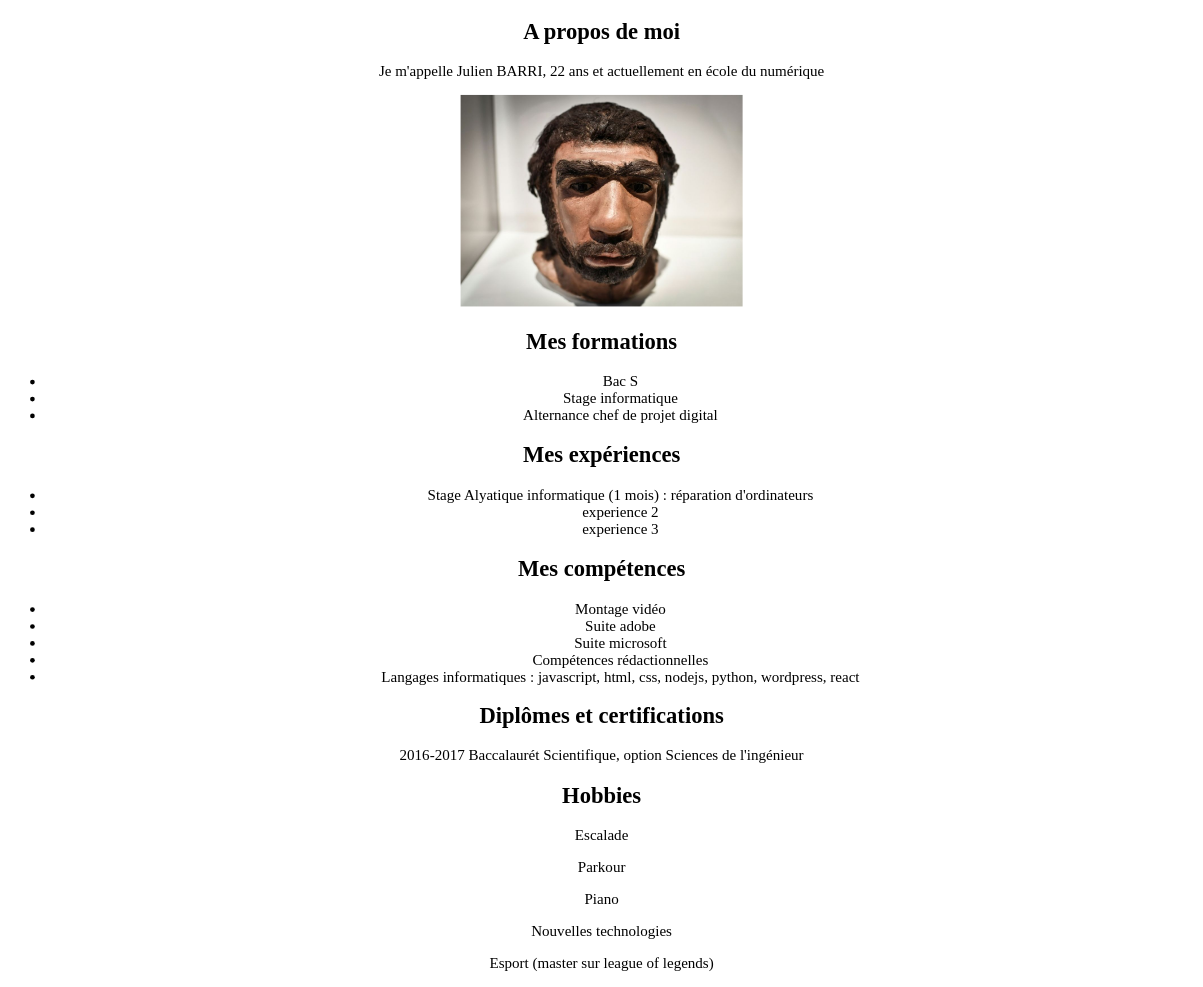
Repository: barridev/cours_devops.github.io
Page: index.html
These files come from the project's save history. The page is drawn as it stood at one moment and after the next save; the edit follows.
The browser window is 1280 px wide. The pictures show the whole page, at 94% of full size.

Above is the page before, as saved 2022-06-13 15:29:25.

### index.html
<!DOCTYPE html>
<html lang="en">

<head>
    <meta charset="UTF-8">
    <meta http-equiv="X-UA-Compatible" content="IE=edge">
    <meta name="viewport" content="width=device-width, initial-scale=1.0">
    <title>Document</title>
    <link rel="stylesheet" href="style.css">
</head>

<body>

    <section class="center">
        <div>
            <h1>A propos de moi</h1>
            <p>Je m'appelle Julien BARRI, 22 ans et actuellement en école du numérique</p>
            <img width="300x300" src="homme.jpeg" alt="homme">
        </div>
    </section>

    <section class="center">
        <div class="test">
            <h2> Mes formations </h2>
            <ul>
                <li> Bac S</li>
                <li> Stage informatique</li>
                <li> Alternance chef de projet digital</li>
            </ul>
        </div>
    </section>

    <section class="center">
        <div>
            <h2> Mes expériences </h2>
            <ul>
                <li> Stage Alyatique informatique (1 mois) : réparation d'ordinateurs</li>
                <li> experience 2</li>
                <li> experience 3</li>
            </ul>
        </div>
    </section>

    <section class="center">
        <div>
            <h2> Mes compétences</h2>
            <ul>
                <li> Montage vidéo</li>
                <li> Suite adobe</li>
                <li> Suite microsoft</li>
                <li> Compétences rédactionnelles</li>
                <li> Langages informatiques : javascript, html, css, nodejs, python, wordpress, react</li>
            </ul>
        </div>

    </section>

    <section class="center">
        <div>
            <h2> Diplômes et certifications</h2>
            <p>2016-2017 Baccalaurét Scientifique, option Sciences de l'ingénieur</p>
        </div>

    </section class="center">

    <section class="center">
        <div>
            <h2> Hobbies</h2>
            <p>Escalade</p>
            <p>Parkour</p>
            <p>Piano</p>
            <p>Nouvelles technologies</p>
            <p>Esport (master sur league of legends)</p>
        </div>

    </section class="center">

</body>

</html>

Loaded but not shown: style.css (common file)

After the next save:
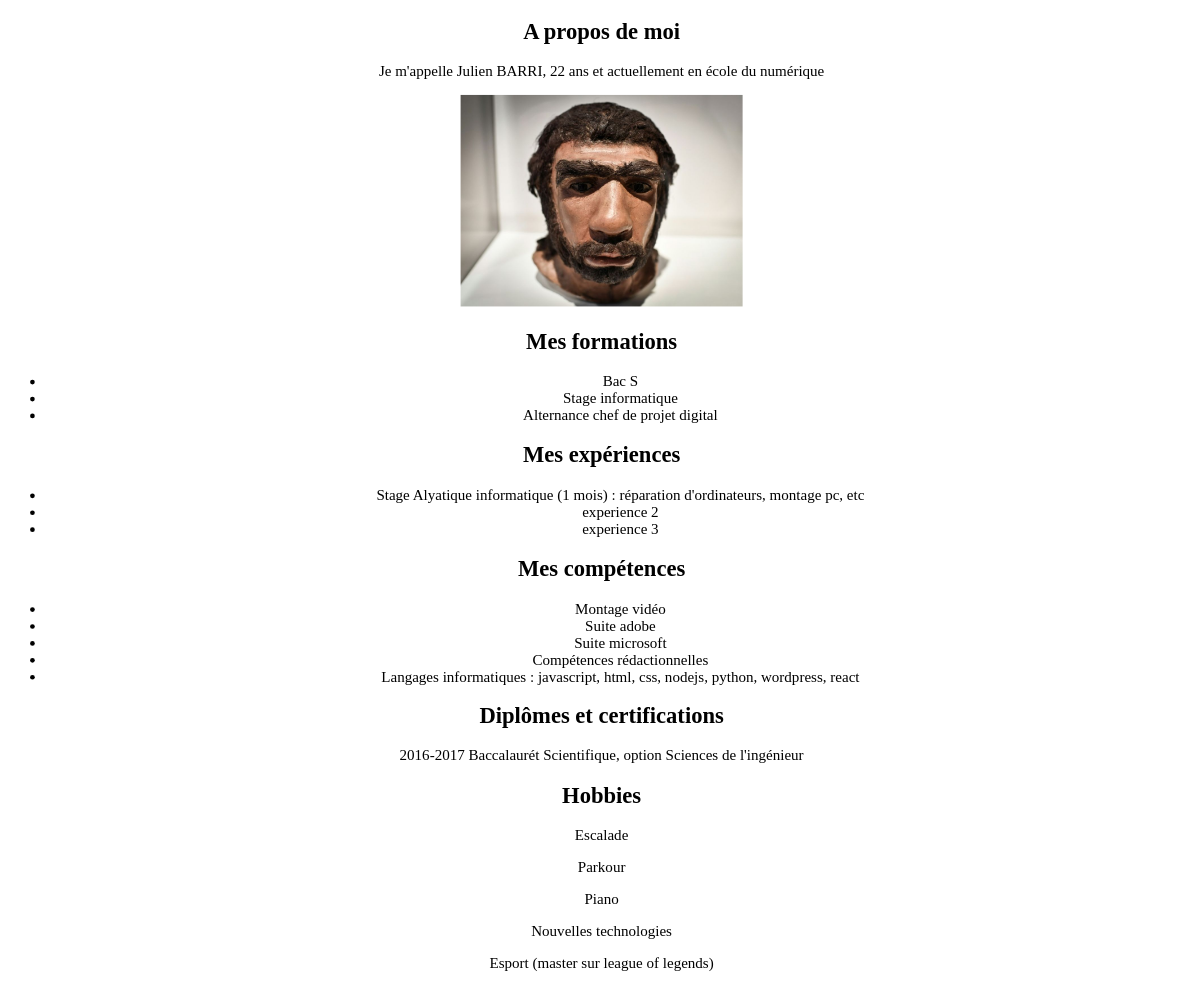
Saved 5 s later.
--- a/index.html
+++ b/index.html
@@ -34,7 +34,7 @@
         <div>
             <h2> Mes expériences </h2>
             <ul>
-                <li> Stage Alyatique informatique (1 mois) : réparation d'ordinateurs</li>
+                <li> Stage Alyatique informatique (1 mois) : réparation d'ordinateurs, montage pc, etc</li>
                 <li> experience 2</li>
                 <li> experience 3</li>
             </ul>
